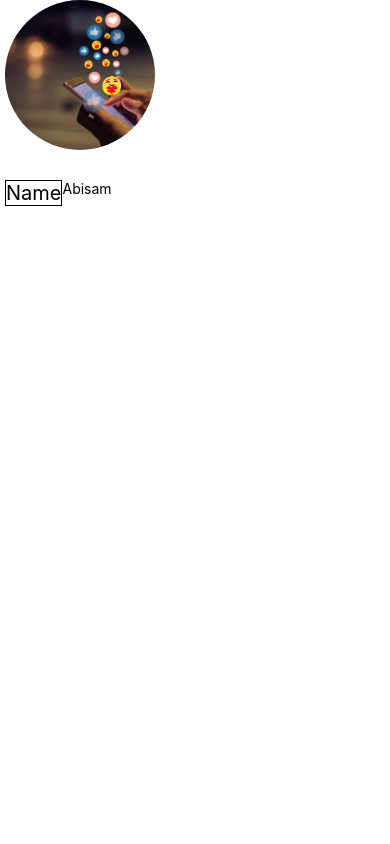
Repository: 2000-Nanayaw/MobileApp
Screen: /
The author's editor kept a copy of each file at every save. The screen is drawn from the files as they stood at one save, then again after a run of saves.
The app was drawn by React Native's web renderer in a window 390 px wide. The project was rebuilt for these pictures with package versions that can differ from the ones it lists, and the page was loaded fresh each time.

Above is the screen before, as saved 2023-08-28 04:24:30.

### App.js
// import { StatusBar } from "expo-status-bar";
// import { Button, Text, TextInput, View, StyleSheet } from "react-native";

// function jsar() {
//   return (
//     <View style={style.container}>
//       <Text style={style.firstText}>this is my new app</Text>
//       <Text style={style.colors}>how are you i am always happy</Text>
//       <Text style={style.colors}>MOBILE APP DEVELOPMENT</Text>
//       <Text style={style.colors}>MOBILE APP DEVELOPMENT</Text>
//       <TextInput title="MOBILE APP DEVELOPMENT" />
//       <Button title="this is a good button" />
//     </View>
//   );
// }
// const style = StyleSheet.create({
//   colors: {
//     backgroundColor: "orange",
//     color: "red",
//   },
//   container: {
//     flex: 1,
//     backgroundColor: "yellow",
//     flexDirection: "column",
//     justifyContent: "space-around",
//     alignItems: "center",

//   },
//   firstText:{
//     position: "absolute",
//     top:100,
//   }
// });
// export default jsar;

import { StatusBar } from "expo-status-bar";
import { Button, Text, View, StyleSheet,Image } from "react-native";

function jsar() {
  return (
    <View style= {styles.container}>
      <Image source={require("./assets/profile.jpg")} style={styles.image}/>
      <View style={styles.detailContainer}>
        <Text style={styles.label}>Name</Text>
        <Text>Abisam</Text>
      </View>
    </View>
  );
}
const styles = StyleSheet.create({
container: {
  flex: 1,
  marginHorizontal: 5,
},
image: {
  height: 150,
  width: 150,
  borderRadius: 200,
  marginBottom: 30,
},
detailContainer: {
  flexDirection: "row"
},
label:{
  borderColor: "black",
  borderWidth: 1,
  fontSize: 20
}
});
export default jsar;

After the next 2 saves:
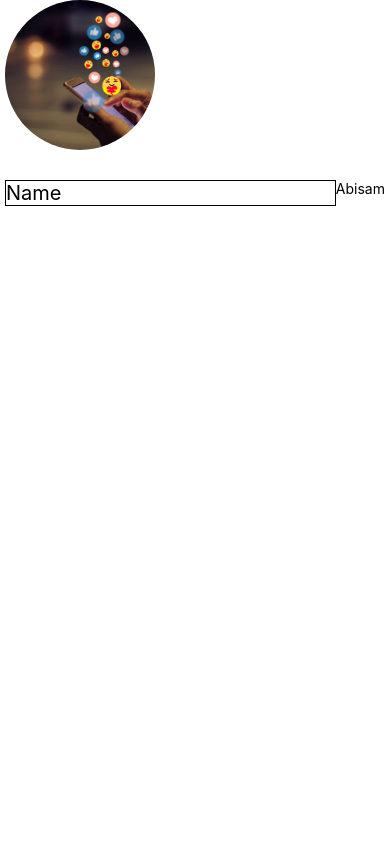
The 2 saves are shown as one change because 1 did not build or start.
The last was saved 3 min 14 s later.
--- a/App.js
+++ b/App.js
@@ -64,7 +64,11 @@ detailContainer: {
 label:{
   borderColor: "black",
   borderWidth: 1,
-  fontSize: 20
+  fontSize: 20,
+  flex: 3,
+},
+info:{
+  flex: 7
 }
 });
 export default jsar;
